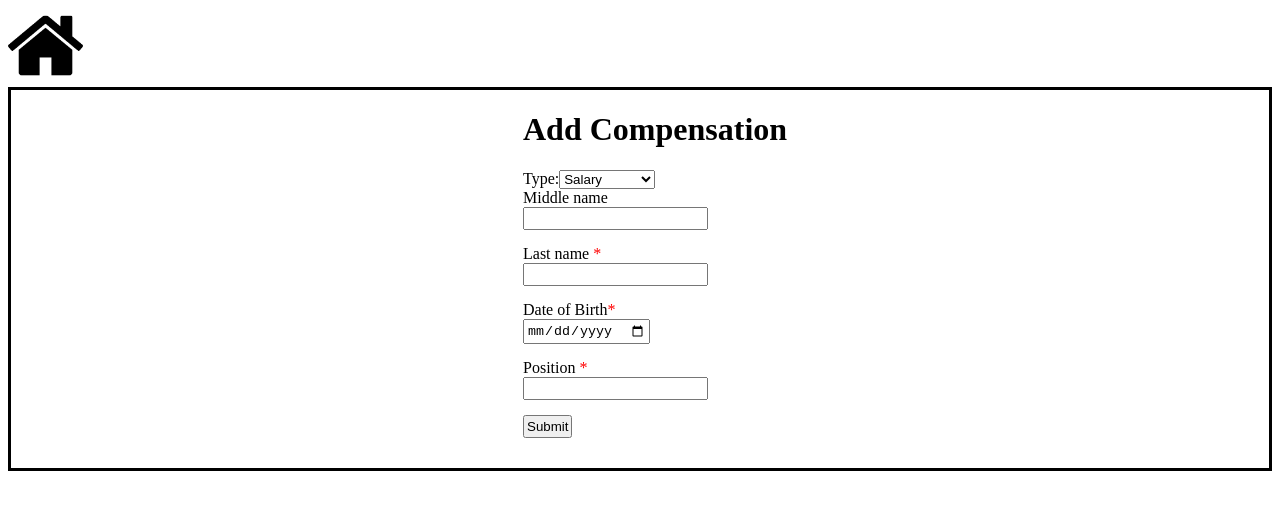
Repository: ticross18/SpringBootEmployeeSystem
Page: EmploymentSystem/src/main/resources/static/addComp.html
The author's editor kept a copy of each file at every save. The page is drawn from the files as they stood at one save, then again after the next save.
The browser window is 1280 px wide. The pictures show the whole page.

Above is the page before, as saved 2022-05-17 18:25:57.

After the next save:
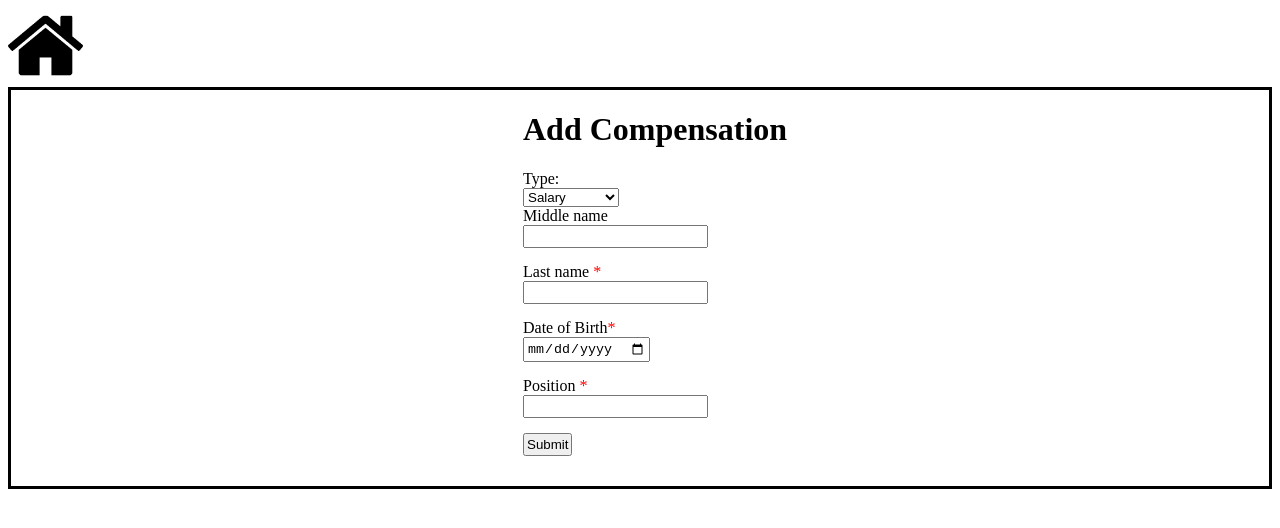
Saved 7 s later.
--- a/EmploymentSystem/src/main/resources/static/addComp.html
+++ b/EmploymentSystem/src/main/resources/static/addComp.html
@@ -15,7 +15,7 @@
 
 
  <form id="userInput">
-        	<label for="type">Type:</label>
+        	<label for="type">Type:</label><br>
 			<select name="type" id="type">
 			  <option value="volvo">Salary</option>
 			  <option value="saab">Bonus</option>
